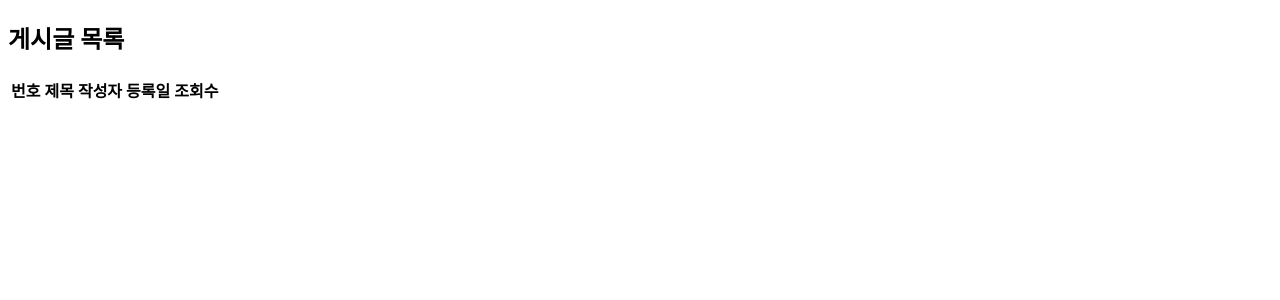
Repository: gunilkim/Java-JSP-study
Page: http://localhost/board/board/list.jsp
An editor plug-in stored every save of this project. The page is shown before and after the next save, followed by the edit.
The browser window is 1280 px wide. The pictures show the whole page.
The page is served by Tomcat 9. Queries for data that is not in the repository find no rows.

Above is the page before, as saved 2023-11-01 17:34:41.

After the next save:
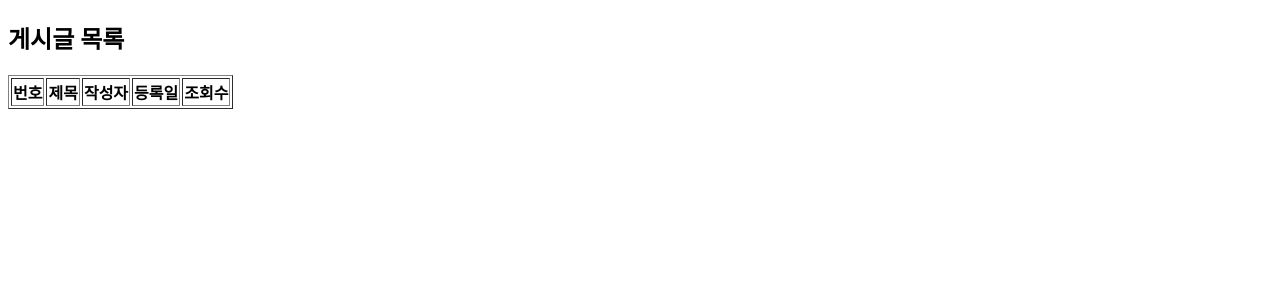
Saved 21 s later.
--- a/board/WebContent/board/list.jsp
+++ b/board/WebContent/board/list.jsp
@@ -14,7 +14,7 @@
 </head>
 <body>
 <h2>게시글 목록</h2>
-<table>
+<table border="1">
 <tr>
 	<th>번호</th>
 	<th>제목</th>
